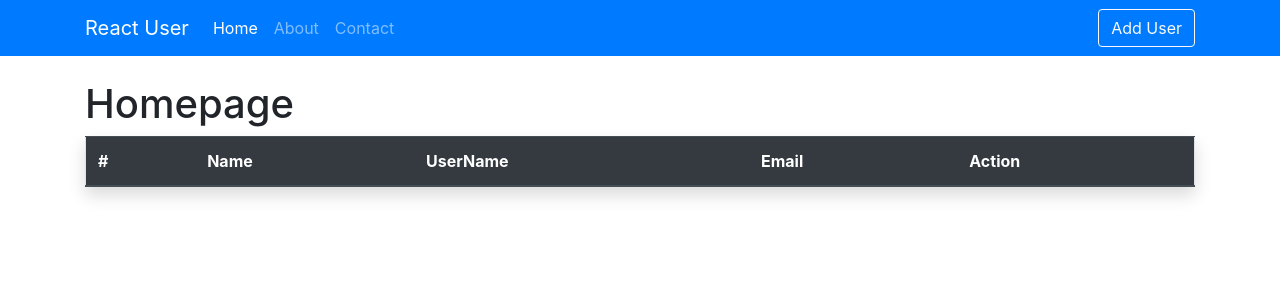
Repository: hardik2626/reactcrud2020
Page: /
An editor plug-in stored every save of this project. The page is shown before and after the next save, followed by the edit.
The browser window is 1280 px wide. The pictures show the whole page.
The page's requests for data from a server got no answer. The project was rebuilt for these pictures with package versions that can differ from the ones it lists, and the page was loaded fresh each time. No one was signed in, and anything a server would have sent is missing. Also part of the build but not shown: src/index.css, src/App.css, src/component/pages/About.js, src/component/pages/Contact.js, src/component/pages/Notfound.js, src/component/users/AddUser.js, src/component/users/EditUser.js, src/component/users/User.js.

Above is the page before, as saved 2020-10-30 18:23:32.

After the next save:
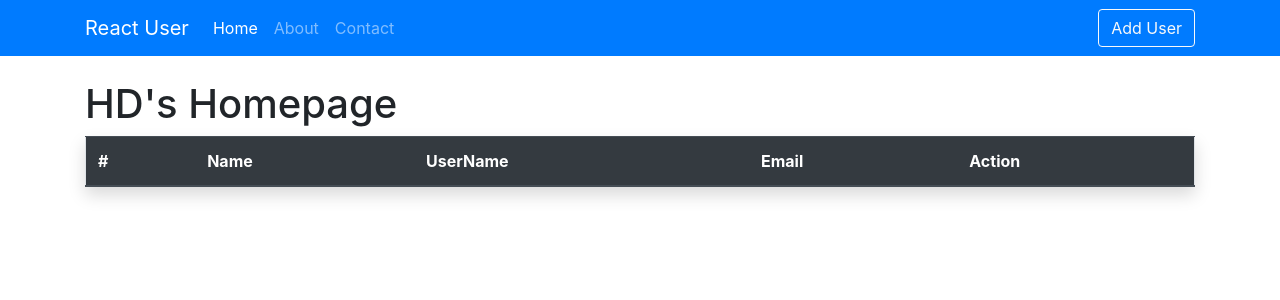
Saved 2 min 26 s later.
--- a/src/component/pages/Home.js
+++ b/src/component/pages/Home.js
@@ -23,7 +23,7 @@ const Home = () => {
         <>
             <div className="container">
                 <div className="py-4">
-                    <h1>Homepage</h1>
+                    <h1>HD's Homepage</h1>
                     <table className="table border shadow">
                         <thead className="thead-dark">
                             <tr>
